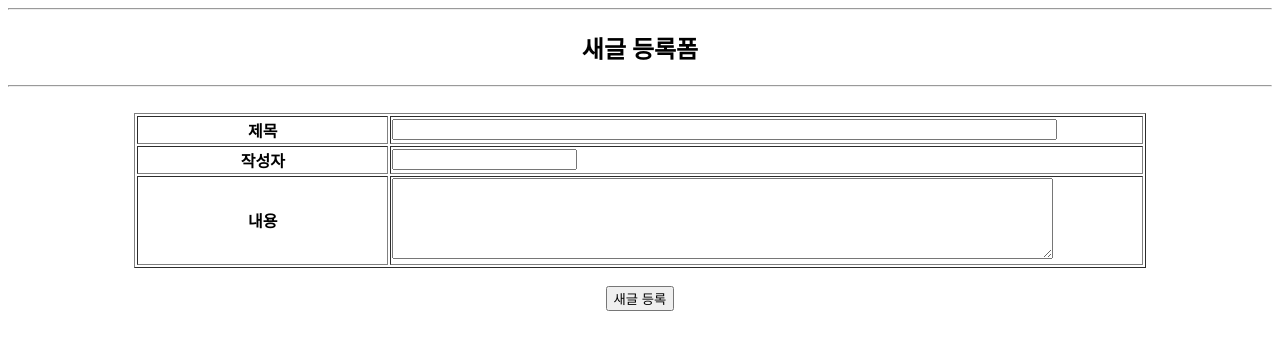
Repository: cdj6995/Web
Page: http://localhost/Mission-Web/jsp/board/writeForm.jsp
These files come from the project's save history. The page is drawn as it stood at one moment and after the next save; the edit follows.
The browser window is 1280 px wide. The pictures show the whole page.
The page is served by Tomcat 9. Other server files are loaded and not shown.

Above is the page before, as saved 2022-06-02 08:15:33.

### Mission-Web/src/main/webapp/jsp/board/writeForm.jsp
<%@ page language="java" contentType="text/html; charset=UTF-8"
    pageEncoding="UTF-8"%>
<!DOCTYPE html>
<html>
<head>
<meta charset="UTF-8">
<title>Insert title here</title>
</head>
<body>
	<div align = "center">
		<hr>
		<h2>새글 등록폼</h2>
		<hr>
		<br>
		<form action="">
			<table border="1" style="width : 80%">
				<tr>
					<th width="25%">제목</th>
					<td>
						<input type="text" name="title" size="80">
					</td>
				</tr>
				<tr>
					<th width="25%">작성자</th>
					<td>
						<input type="text" name="writer">
					</td>
				</tr>
				<tr>
					<th width="25%">내용</th>
					<td>
						<textarea rows="5" cols="80" name="content"></textarea>
					</td>
				</tr>
			</table>
			<br>
			<input type="submit" value="새글 등록">
		</form>
	</div>
</body>
</html>

After the next save:
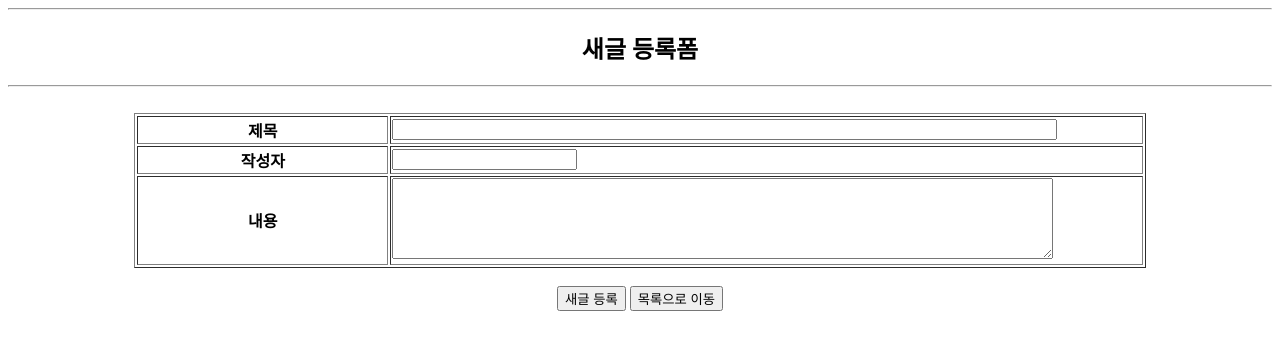
Saved 41 s later.
--- a/Mission-Web/src/main/webapp/jsp/board/writeForm.jsp
+++ b/Mission-Web/src/main/webapp/jsp/board/writeForm.jsp
@@ -35,6 +35,7 @@
 			</table>
 			<br>
 			<input type="submit" value="새글 등록">
+			<button>목록으로 이동</button>
 		</form>
 	</div>
 </body>
